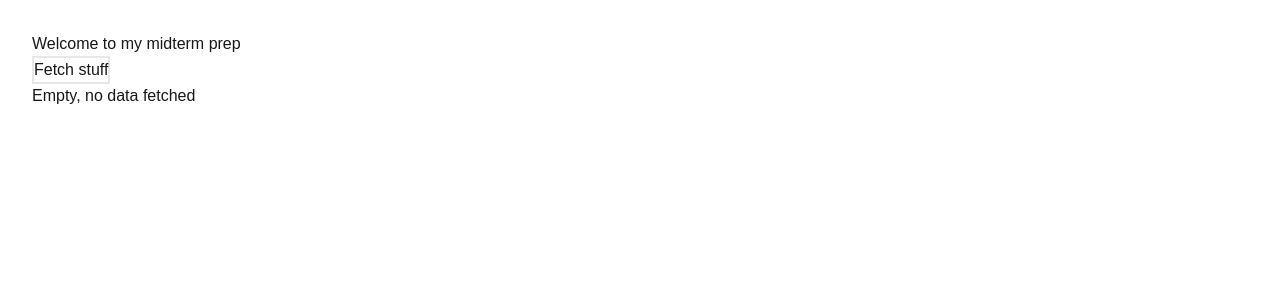
Repository: MonicaNguyenH/MDIA3126
Page: / (app in midterm-prep/)
An editor plug-in stored every save of this project. The page is shown before and after the next save, followed by the edit.
The browser window is 1280 px wide. The pictures show the whole page.
The project was rebuilt for these pictures with package versions that can differ from the ones it lists, and the page was loaded fresh each time. The framework's server and built-in components were replaced by stand-ins that run in the browser. Also part of the build but not shown: midterm-prep/next.config.mjs.

Above is the page before, as saved 2024-10-29 14:50:07.

After the next save:
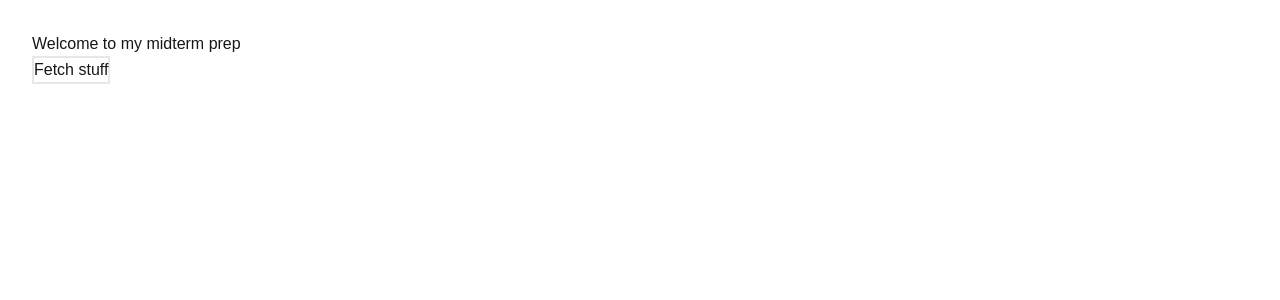
Saved 24 min 21 s later.
--- a/midterm-prep/src/app/page.js
+++ b/midterm-prep/src/app/page.js
@@ -40,7 +40,23 @@
     let formattedData = JSON.stringify(astronomyData);
     if(loading) return <div>Loading</div>
     if(astronomyData) return <div>display data here</div>
-    return <div>Empty, no data fetched</div>
+    if(astronomyData) {
+      const dataThatIsFormattedorDisplay = [];
+      astronomyData.forEach((entry, i) => {
+        dataThatIsFormattedorDisplay.push(
+        <article
+          key={1}>
+            <img src={entry.url} />
+            <h3>{entry.title}</h3>
+            <p>{entry.explaination}</p>
+        </article>)
+
+          return <section>{dataThatIsFormattedorDisplay}</section>
+
+      })
+
+      return <div>Empty, no data fetched</div>
+    }
   };
 
   const Header = () => {

After the save that followed:
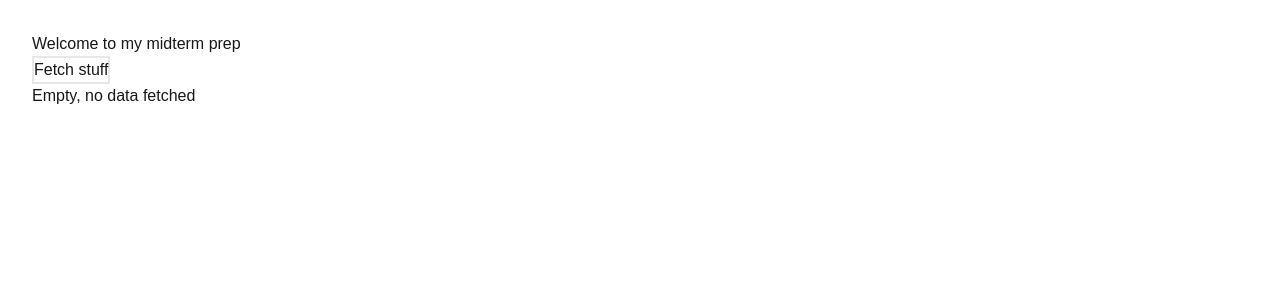
Saved 39 s later.
--- a/midterm-prep/src/app/page.js
+++ b/midterm-prep/src/app/page.js
@@ -50,13 +50,10 @@
             <h3>{entry.title}</h3>
             <p>{entry.explaination}</p>
         </article>)
-
-          return <section>{dataThatIsFormattedorDisplay}</section>
-
       })
-
-      return <div>Empty, no data fetched</div>
+      return <section>{dataThatIsFormattedorDisplay}</section>
     }
+    return <div>Empty, no data fetched</div>
   };
 
   const Header = () => {
